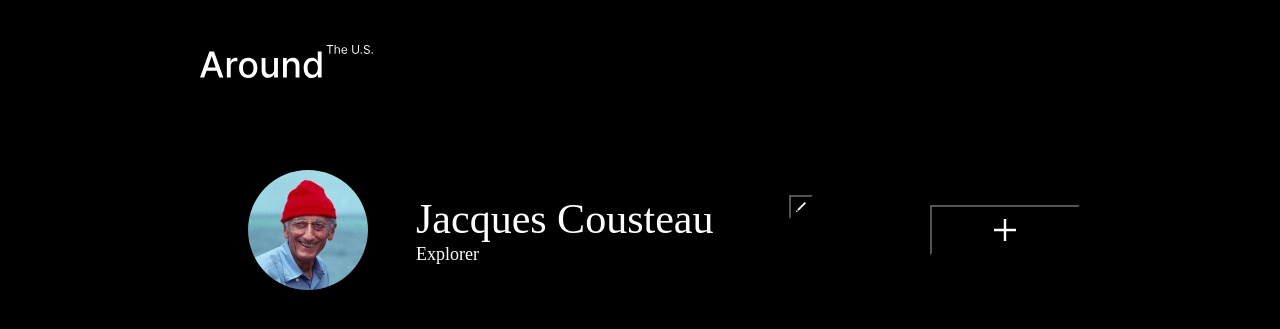
Repository: al-XLeMEsTRE/Around-The-U.S
Page: index.html
The author's editor kept a copy of each file at every save. The page is drawn from the files as they stood at one save, then again after the next save.
The browser window is 1280 px wide. The pictures show the whole page.

Above is the page before, as saved 2023-12-12 15:48:47.

### index.html
<!DOCTYPE html>
<html lang="en">
  <head>
    <meta charset="UTF-8" />
    <meta name="viewport" content="width=device-width, initial-scale=1" />
    <meta name="author" content="Gregory Alexandre" />
    <meta
      name="description"
      content="Discover breathtaking landscapes across the U.S. with our travel guide inspired by the legendary explorer Jacques Cousteau. Explore Yosemite Valley, Lake Louise, and the Bald Mountains."
    />
    <meta
      name="keywords"
      content="Jacques Cousteau, explorer, exploration, travel, adventure, nature, landscapes, Yosemite Valley, Lake Louise, Bald Mountains, scenic views, national parks, outdoor photography, travel inspiration"
    />
    <title>Around the U.S</title>
    <link rel="shortcut icon" href="./favicon.ico" />
    <link rel="stylesheet" type="text/css" href="./pages/index.css" />
    <!-- Additional tags such as Open Graph and Twitter cards can be added here for social media optimization -->
    <!-- Open Graph meta tags -->
    <meta
      property="og:title"
      content="Explore with Jacques Cousteau | U.S. Landscapes"
    />
    <meta
      property="og:description"
      content="Join the journey through the most picturesque landscapes of the U.S., following in the footsteps of Jacques Cousteau."
    />
    <meta property="og:image" content="./images/og-image.jpg" />
    <meta property="og:type" content="website" />
  </head>

  <body class="page">
    <div class="content">
      <header class="header">
        <img
          src="./images/jacques-cousteau.svg"
          alt="logo"
          class="header__logo"
        />
      </header>
      <main class="main">
        <section class="profile">
          <img
            class="profile__avatar"
            src="./images/jacques-cousteau.jpg"
            alt="avatar"
          />
          <div class="profile__info">
            <h1 class="profile__title">Jacques Cousteau</h1>
            <button class="profile__edit-button" type="button"></button>
            <p class="profile__description">Explorer</p>
          </div>
          <button class="profile__add-button"></button>
        </section>
      </main>
    </div>
  </body>
</html>

### pages/index.css
@import url("../vendor/normalize.css");
@import url("../vendor/fonts.css");
@import url("../blocks/page.css");
@import url("../blocks/header.css");
@import url("../blocks/content.css");
@import url("../blocks/profile.css");
@import url("../blocks/footer.css");
@import url("../blocks/card.css");
@import url("../blocks/cards.css");

### vendor/fonts.css
@font-face {
  font-family: "Inter";
  font-style: normal;
  font-weight: 400;
  font-display: swap;
  src: url("./fonts/Inter-Regular.woff2") format("woff2");
}

@font-face {
  font-family: "Inter";
  font-style: normal;
  font-weight: 500;
  font-display: swap;
  src: url("./fonts/Inter-Medium.woff2") format("woff2");
}

@font-face {
  font-family: "Inter";
  font-style: normal;
  font-weight: 800;
  font-display: swap;
  src: url("./fonts/Inter-ExtraBold.woff2") format("woff2");
}

### blocks/page.css
.page {
  background-color: black;
  color: white;
}

.content {
  margin-left: 200px;
  margin-right: 200px;
}
.header {
  margin-top: 45px;
  width: 880px;
}
.profile {
  display: flex;
  align-items: center;
  padding-top: 40px;
}
.profile__avatar {
  width: 120px;
  height: 120px;
  border-radius: 50%;
  margin: 48px;
  object-fit: cover;
  background-position: center;
}
.profile__info {
  display: grid;
  grid-template-areas:
    "title button"
    "description description";
  grid-template-columns: minmax(auto, 373px) auto;
}
.profile__edit-button {
  background: transparent url(../images/edit-button.svg) center no-repeat;
  height: 24px;
  width: 24px;
}

.profile__add-button {
  background: transparent url(../images/add-button.svg) center no-repeat;
  width: 150px;
  height: 50px;
  grid-area: button;
  margin-left: auto;
}
.profile__title {
  font-size: 42px;
  line-height: 48px;
  font-weight: 500;
  grid-area: title;
  margin: 0;
}

.profile__description {
  font-size: 18px;
  line-height: 22px;
  grid-area: description;
  font-weight: 400;
  margin: 0;
}

Loaded but not shown: vendor/normalize.css (library); blocks/header.css (no stored copy; drawn as an empty file); blocks/content.css (no stored copy; drawn as an empty file); blocks/profile.css (no stored copy; drawn as an empty file); blocks/footer.css (no stored copy; drawn as an empty file); blocks/card.css (no stored copy; drawn as an empty file); blocks/cards.css (no stored copy; drawn as an empty file)

After the next save:
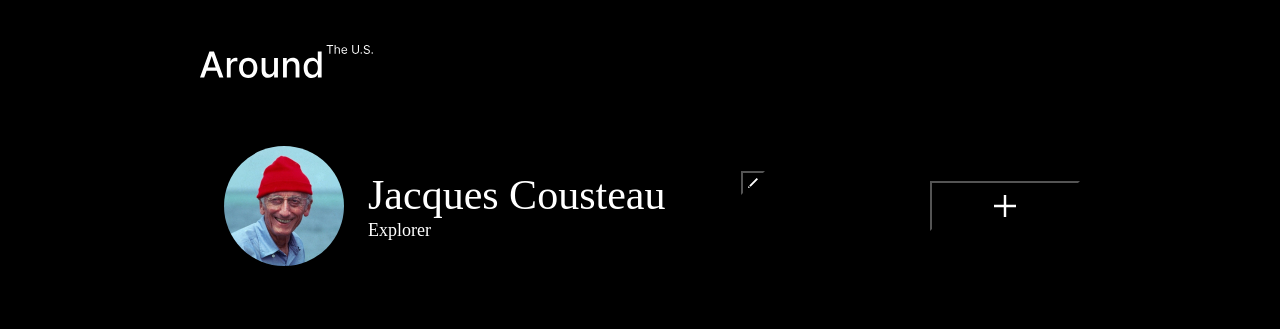
Saved 6 s later.
--- a/blocks/page.css
+++ b/blocks/page.css
@@ -20,7 +20,7 @@
   width: 120px;
   height: 120px;
   border-radius: 50%;
-  margin: 48px;
+  margin: 24px;
   object-fit: cover;
   background-position: center;
 }
